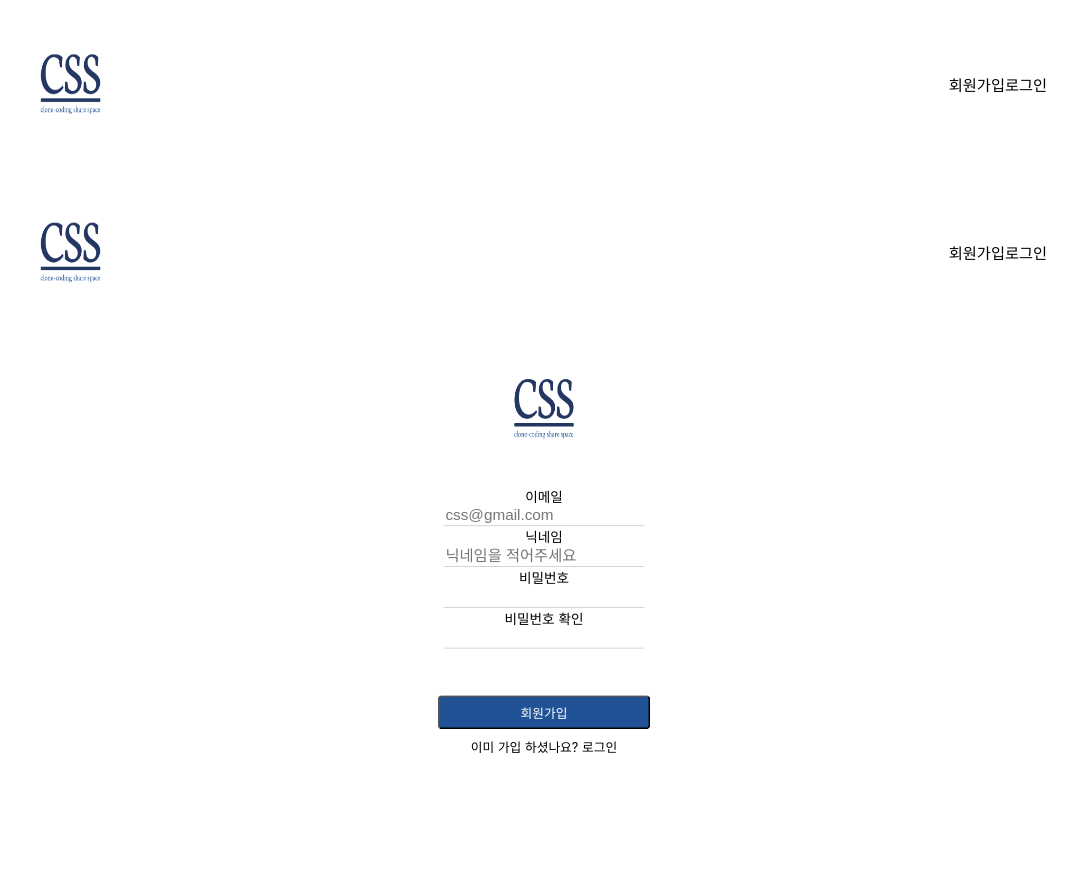
Repository: YS739/React-project-CSS
Page: /signUp
The author's editor kept a copy of each file at every save. The page is drawn from the files as they stood at one save, then again after a run of saves.
The browser window is 1280 px wide. The pictures show the whole page, at 85% of full size.
The project was rebuilt for these pictures with package versions that can differ from the ones it lists, and the page was loaded fresh each time. Also part of the build but not shown: src/components/DetailPage/AddComment/style.js, src/components/DetailPage/AddComment/AddComment.jsx, src/common/firebase.ts, src/components/DetailPage/CommentList/style.js, src/components/DetailPage/Comment/style.js, src/components/DetailPage/Comment/Comment.jsx, src/components/DetailPage/CommentList/CommentList.tsx, src/components/DetailPage/DetailVideo/style.js and 19 more.

Above is the page before, as saved 2023-01-21 13:50:19.

### src/App.jsx
import { Fragment } from 'react';
import Header from './components/GlobalComponents/Header/Header';
import Router from './shared/Router';

function App() {
  return (
    <Fragment>
      <Header />
      <Router />
    </Fragment>
  );
}

export default App;

### src/components/GlobalComponents/Header/Header.jsx
import { Container, Logo, LoginToggle } from './style.js';
import { useNavigate } from 'react-router-dom';

const Header = () => {
  // TODO: 네비게이트 적용
  // const navigate = useNavigate();

  // 어느 페이지든 현재 로그인한 유저의 id를 가져오고 싶을 때
  let currentUserId = localStorage.getItem('id');

  // TODO: 회원가입 <-> 마이페이지 / 로그인 <-> 로그아웃 토글
  // FIXME: 회원가입, 로그인 버튼 사이에 패딩주기
  return (
    <Container>
      <Logo src={require('../../../assets/css_logo.png')} alt="css" />
      <LoginToggle>
        <div>회원가입</div>
        <div>로그인</div>
      </LoginToggle>
    </Container>
  );
};

export default Header;

### src/shared/Router.tsx
import { BrowserRouter, Route, Routes } from 'react-router-dom';
import DetailPage from '../pages/DetailPage/DetailPage';
import LoginPage from '../pages/LoginPage/LoginPage';
import MainPage from '../pages/MainPage/MainPage';
import MyPage from '../pages/MyPage/MyPage';
import SignUpPage from '../pages/SignUpPage/SignUpPage';
import Layout from '../components/GlobalComponents/Layout/Layout';

const Router = () => {
  return (
    <BrowserRouter>
      <Layout>
        <Routes>
          <Route path="/" element={<MainPage />} />
          <Route path="/detail/:videoId" element={<DetailPage />} />
          <Route path="/login" element={<LoginPage />} />
          <Route path="/signUp" element={<SignUpPage />} />
          <Route path="/my" element={<MyPage />} />
        </Routes>
      </Layout>
    </BrowserRouter>
  );
};

export default Router;

### src/components/GlobalComponents/Header/style.js
import styled from 'styled-components';

export const Container = styled.div`
  padding: 4rem 3rem;
  text-align: center;
  display: flex;
  justify-content: space-between;
  align-items: center;
`;
export const Logo = styled.img`
  width: 70px;
  height: 70px;
  justify-content: center;
`;
export const LoginToggle = styled.div`
  display: flex;
  align-items: center;
  font-size: 18px;
  display: flex;
  margin-left: 20px;
  align-items: center;
`;

### src/pages/SignUpPage/SignUpPage.jsx
import { SignUpContainer, Logo, Form, Input, BlueButton, Login } from './style';

const SignUpPage = () => {
  return (
    <SignUpContainer>
      <Logo src={require('../../assets/css_logo.png')} alt="css" />
      <Form>
        이메일
        <Input placeholder={'css@gmail.com'} />
        닉네임
        <Input placeholder={'닉네임을 적어주세요'} />
        비밀번호
        <Input />
        비밀번호 확인
        <Input />
      </Form>
      <BlueButton>회원가입</BlueButton>
      <Login>이미 가입 하셨나요? 로그인</Login>
    </SignUpContainer>
  );
};

export default SignUpPage;

### src/components/GlobalComponents/Layout/Layout.tsx
import { LayOut } from './style';
import Header from '../Header/Header';
// TODO: 컴포넌트 빼서 if문으로 로그인/글작성/마이페이지 보이게

// TODO: any 수정하기
const Layout = ({ children }: any) => {
  return (
    <LayOut>
      <Header />
      <div>{children}</div>
    </LayOut>
  );
};

export default Layout;

### src/pages/SignUpPage/style.js
import styled from 'styled-components';

export const SignUpContainer = styled.div`
  padding: 50px;
  margin-bottom: 100px;
  display: flex;
  flex-direction: column;
  justify-content: center;
  align-items: center;
`;

export const Logo = styled.img`
  width: 70px;
  height: 70px;
  justify-content: center;
`;
export const Form = styled.form`
  display: flex;
  flex-direction: column;
  justify-content: center;
  align-items: center;
  padding: 50px;
  margin: 5px;
`;
export const Input = styled.input`
  border: none;
  border-bottom: 1px solid #ccc;
  color: #555;
  box-sizing: border-box;
  font-size: 18px;
`;
export const BlueButton = styled.button`
  background-color: #205295;
  border-radius: 5px;
  width: 250px;
  height: 40px;
  color: white;
  font-size: 15px;
  margin-bottom: 10px;
  cursor: pointer;
`;
export const Login = styled.div`
  font-size: 15px;
`;

### src/components/GlobalComponents/Layout/style.ts
import styled from 'styled-components';

export const LayOut = styled.div`
  display: flex;
  flex-direction: column;
`;

Loaded but not shown: public/index.html (common file); src/index.tsx (common file); src/index.css (common file); src/reportWebVitals.ts (common file)

After the next 4 saves:
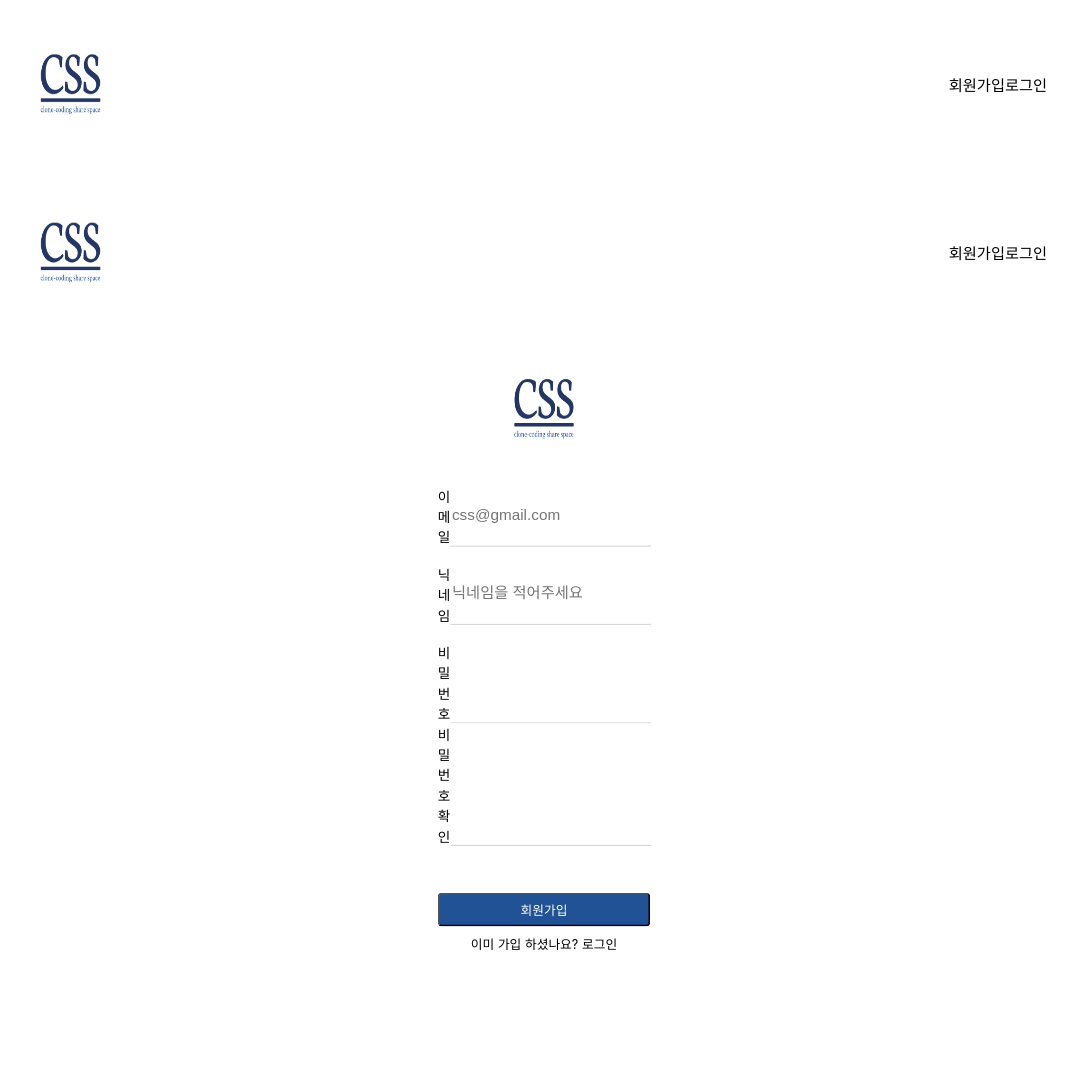
The 4 saves are shown as one change because 3 did not build or start.
The last was saved 2 min 22 s later.
--- a/src/pages/SignUpPage/SignUpPage.jsx
+++ b/src/pages/SignUpPage/SignUpPage.jsx
@@ -1,18 +1,36 @@
-import { SignUpContainer, Logo, Form, Input, BlueButton, Login } from './style';
+import {
+  SignUpContainer,
+  Logo,
+  Form,
+  Id,
+  Name,
+  PassWord,
+  Input,
+  BlueButton,
+  Login,
+} from './style';
 
 const SignUpPage = () => {
   return (
     <SignUpContainer>
       <Logo src={require('../../assets/css_logo.png')} alt="css" />
       <Form>
-        이메일
-        <Input placeholder={'css@gmail.com'} />
-        닉네임
-        <Input placeholder={'닉네임을 적어주세요'} />
-        비밀번호
-        <Input />
-        비밀번호 확인
-        <Input />
+        <Id>
+          이메일
+          <Input placeholder={'css@gmail.com'} />
+        </Id>
+        <Name>
+          닉네임
+          <Input placeholder={'닉네임을 적어주세요'} />
+        </Name>
+        <PassWord>
+          비밀번호
+          <Input />
+        </PassWord>
+        <PassWord>
+          비밀번호 확인
+          <Input />
+        </PassWord>
       </Form>
       <BlueButton>회원가입</BlueButton>
       <Login>이미 가입 하셨나요? 로그인</Login>
--- a/src/pages/SignUpPage/style.js
+++ b/src/pages/SignUpPage/style.js
@@ -22,6 +22,23 @@
   padding: 50px;
   margin: 5px;
 `;
+export const Id = styled.div`
+  display: flex;
+  justify-content: space-between;
+  padding-bottom: 20px;
+  width: 250px;
+`;
+export const Name = styled.div`
+  display: flex;
+  justify-content: space-between;
+  padding-bottom: 20px;
+  width: 250px;
+`;
+export const PassWord = styled.div`
+  display: flex;
+  justify-content: space-between;
+  width: 250px;
+`;
 export const Input = styled.input`
   border: none;
   border-bottom: 1px solid #ccc;
